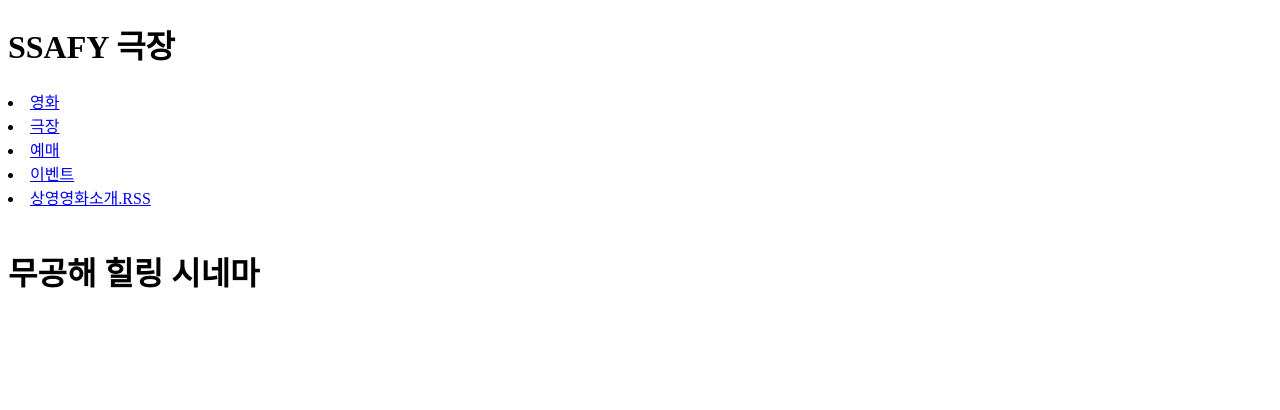
Repository: hyungju2/SSAFY_JavaPractice
Page: 20190211_HTML/web_java/HTMLProject/WebContent/html/index.html
These files come from the project's save history. The page is drawn as it stood at one moment and after the next save; the edit follows.
The browser window is 1280 px wide. The pictures show the whole page.

Above is the page before, as saved 2019-02-11 07:43:16.

After the next save:
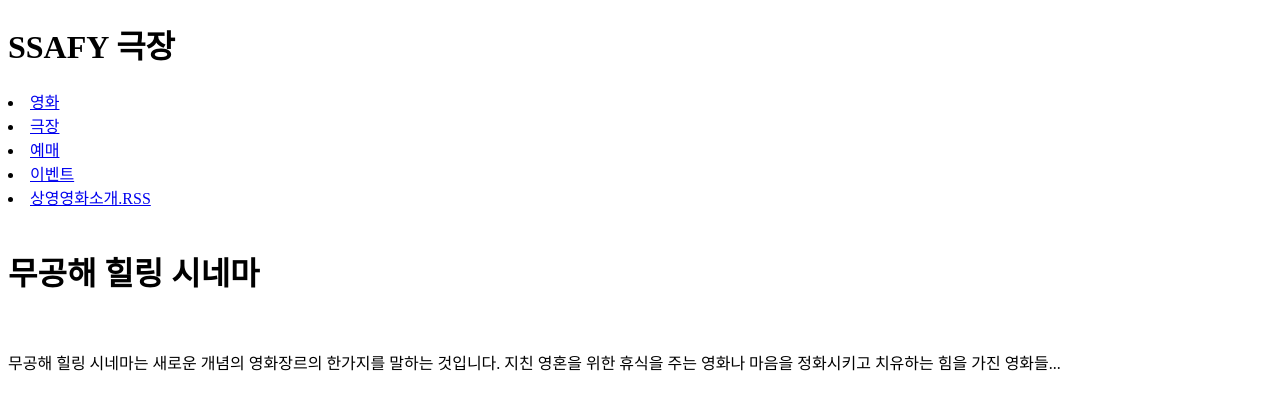
Saved 93 s later.
--- a/20190211_HTML/web_java/HTMLProject/WebContent/html/index.html
+++ b/20190211_HTML/web_java/HTMLProject/WebContent/html/index.html
@@ -17,5 +17,7 @@
 	</header>
 <br>
 <h1> 무공해 힐링 시네마 </h1>
+<br>
+<p>무공해 힐링 시네마는 새로운 개념의 영화장르의 한가지를 말하는 것입니다. 지친 영혼을 위한 휴식을 주는 영화나 마음을 정화시키고 치유하는 힘을 가진 영화들...
 </body>
 </html>
